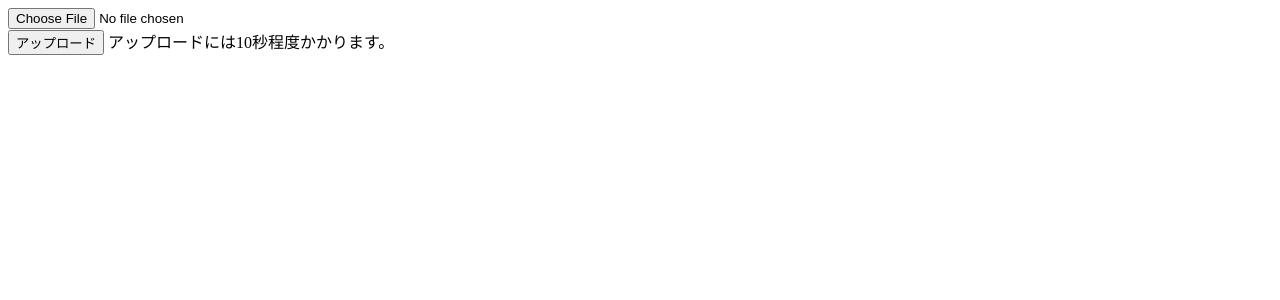
Repository: NaokiSugawara425/poristagram
Page: http://localhost/poristagram/UploadController
These files come from the project's save history. The page is drawn as it stood at one moment and after the next save; the edit follows.
The browser window is 1280 px wide. The pictures show the whole page.
The page is served by Tomcat 9. Other server files are loaded and not shown.

Above is the page before, as saved 2020-06-29 07:09:58.

### webwork/poristagram/WebContent/jsp/upload.jsp
<%@ page language="java" contentType="text/html; charset=UTF-8"
    pageEncoding="UTF-8"%>
<%@ page import="poristagram.LoginBean" %>
<%@ page import="poristagram.PostBean" %>
<%@ page import="poristagram.FollowerBean" %>
<%@taglib uri="http://java.sun.com/jsp/jstl/core" prefix="c" %>
<!DOCTYPE html PUBLIC "-//W3C//DTD HTML 4.01 Transitional//EN" "http://www.w3.org/TR/html4/loose.dtd">
<html>
<head>
<meta http-equiv="Content-Type" content="text/html; charset=UTF-8">
<title>ファイルアップロード</title>
</head>
<body>
<form method="POST" enctype="multipart/form-data" action="../UploadServlet">
<input type="file" name="file"/><br />
<input type="submit" value="アップロード" />
アップロードには10秒程度かかります。
</form>
</body>
</html>

### webwork/poristagram/src/poristagram/UploadController.java
package poristagram;

import java.io.IOException;

import javax.servlet.RequestDispatcher;
import javax.servlet.ServletContext;
import javax.servlet.ServletException;
import javax.servlet.annotation.WebServlet;
import javax.servlet.http.HttpServlet;
import javax.servlet.http.HttpServletRequest;
import javax.servlet.http.HttpServletResponse;

/**
 * Servlet implementation class Save_accountController
 */
@WebServlet("/UploadController")
public class UploadController extends HttpServlet {
	private static final long serialVersionUID = 1L;
	protected void doGet(HttpServletRequest request, HttpServletResponse response) throws ServletException, IOException {
		request.setCharacterEncoding("UTF-8");

		// コンテキストのインスタンス化
		ServletContext context=getServletContext();

		// リクエストディスパッチャーのインスタンス化
		// 引数にフォワード先のパスを設定
		RequestDispatcher rd=context.getRequestDispatcher("/jsp/upload.jsp");
		// 転送する、(実行しているのはコントローラ)
		rd.forward(request, response);
	}


	protected void doPost(HttpServletRequest request, HttpServletResponse response) throws ServletException, IOException {
		// TODO Auto-generated method stub
		doGet(request, response);
	}

}

After the next save:
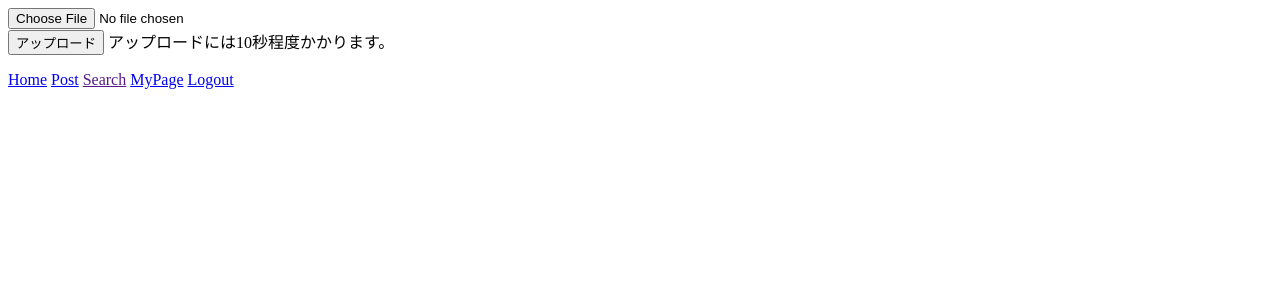
Saved 102 s later.
--- a/webwork/poristagram/WebContent/jsp/upload.jsp
+++ b/webwork/poristagram/WebContent/jsp/upload.jsp
@@ -15,6 +15,19 @@
 <input type="file" name="file"/><br />
 <input type="submit" value="アップロード" />
 アップロードには10秒程度かかります。
+<div id="footer">
+
+
+		  <p>
+		<a class="girly_btn_2" href="/poristagram/HomeController">Home</a>
+		<a class="girly_btn_2" href="/poristagram/UploadController">Post</a>
+		<a class="girly_btn_2" href="">Search</a>
+		<a class="girly_btn_2" href="/poristagram/TomypageController">MyPage</a>
+		<a class="girly_btn_2" href="/poristagram/LogoutController">Logout</a>
+		</p>
+
+
+	</div>
 </form>
 </body>
 </html>
